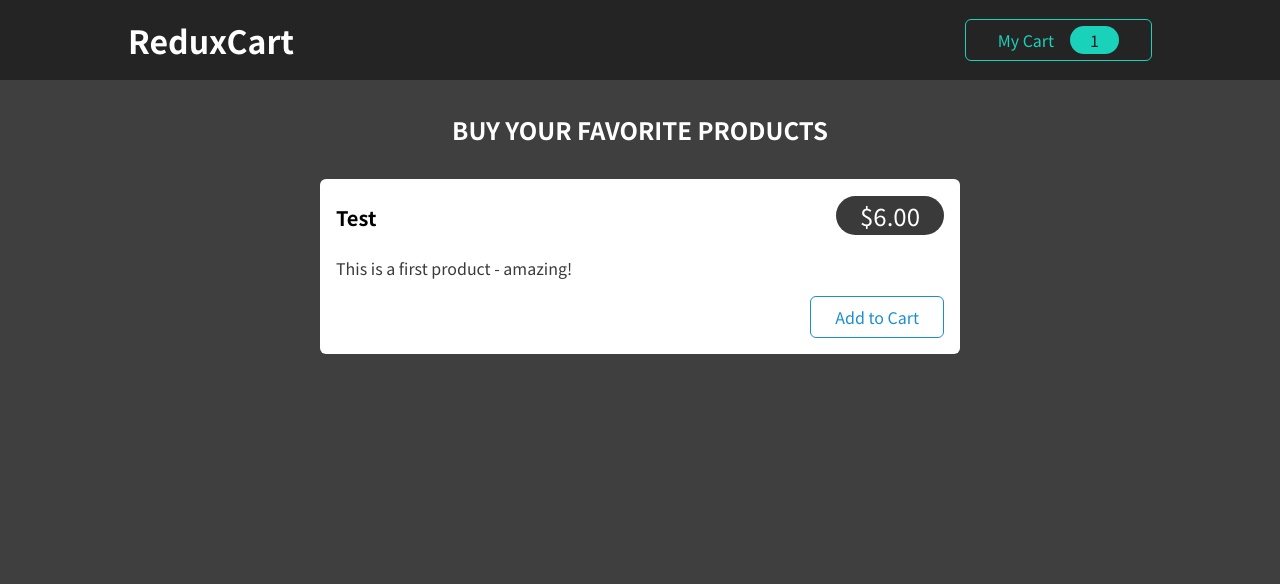
Repository: wenxi0504/13-ReactAdvancedRedux_toolkit
Page: /
These files come from the project's save history. The page is drawn as it stood at one moment and after the next save; the edit follows.
The browser window is 1280 px wide. The pictures show the whole page.
The project was rebuilt for these pictures with package versions that can differ from the ones it lists, and the page was loaded fresh each time. Also part of the build but not shown: src/components/Cart/Cart.module.css, src/components/Cart/CartItem.module.css, src/components/Cart/CartItem.js, src/components/Cart/Cart.js.

Above is the page before, as saved 2022-07-18 23:14:18.

### src/App.js
import { useSelector } from "react-redux/es/exports";
import Cart from "./components/Cart/Cart";
import Layout from "./components/Layout/Layout";
import Products from "./components/Shop/Products";

function App() {
  const showCart = useSelector((state) => state.ui.cartIsVisible);
  return (
    <Layout>
      {showCart && <Cart />}

      <Products />
    </Layout>
  );
}

export default App;

### src/store/index.js
import { configureStore } from "@reduxjs/toolkit";
import uiSlice from "./ui-slice";
import cartSlice from "./cart-slice";

const store = configureStore({
  reducer: {
    ui: uiSlice.reducer,
    cart: cartSlice.reducer,
  },
});

export default store;

### src/components/Shop/Products.js
import ProductItem from "./ProductItem";
import classes from "./Products.module.css";

const DUMMY_PRODUCTS = [
  {
    id: "p1",
    price: 6,
    title: "First Book",
    description: "My first book",
  },
  {
    id: "p2",
    price: 5,
    title: "Second Book",
    description: "My second book",
  },
];

const Products = (props) => {
  return (
    <section className={classes.products}>
      <h2>Buy your favorite products</h2>
      <ul>
        <ProductItem
          title="Test"
          price={6}
          description="This is a first product - amazing!"
        />
      </ul>
    </section>
  );
};

export default Products;

### src/store/ui-slice.js
import { createSlice } from "@reduxjs/toolkit";

const uiSlice = createSlice({
  name: "ui",
  initialState: { cartIsVisible: false },
  // map of all methods and actions
  reducers: {
    toggle(state) {
      state.cartIsVisible = !state.cartIsVisible;
    },
  },
});

export const uiActions = uiSlice.actions;
export default uiSlice;

### src/store/cart-slice.js
import { createSlice } from "@reduxjs/toolkit";
const cartSlice = createSlice({
  name: "cart",
  initialState: {
    items: [],
    totalQuality: 0,
  },
  reducers: {
    addItemToCart(state, action) {
      const newItem = action.payload;
      const existingItem = state.items.find((item) => item.id === newItem.id);
      if (!existingItem) {
        state.items.push({
          itemId: newItem.id,
          price: newItem.price,
          quality: 1,
          totalPrice: newItem.price,
          name: newItem.title,
        });
      } else {
        existingItem.quality++;
        existingItem.totalPrice = existingItem.totalPrice + newItem.price;
      }
    },
    removeItemFromCart(state, action) {
      const id = action.payload;
      const existingItem = state.items.find((item) => item.id === id);
      if (existingItem.quality === 1) {
        state.items = state.items.filter((item) => item.id !== id);
      } else {
        existingItem.quality--;
        existingItem.totalPrice = existingItem.totalPrice - existingItem.price;
      }
    },
  },
});

export const cartActions = cartSlice.actions;
export default cartSlice;

### src/components/Cart/CartButton.js
import { useDispatch } from "react-redux";
import { uiActions } from "../../store/ui-slice";
import classes from "./CartButton.module.css";

const CartButton = (props) => {
  const dispatch = useDispatch();
  const toggleCartHandler = () => {
    dispatch(uiActions.toggle());
  };
  return (
    <button className={classes.button} onClick={toggleCartHandler}>
      <span>My Cart</span>
      <span className={classes.badge}>1</span>
    </button>
  );
};

export default CartButton;

Loaded but not shown: public/index.html (common file); src/index.js (common file); src/index.css (common file); src/components/Layout/Layout.js (common file); src/components/UI/Card.js (common file); src/components/Layout/MainHeader.js (common file); src/components/Shop/ProductItem.js (common file); src/components/Shop/Products.module.css (common file); src/components/UI/Card.module.css (common file); src/components/Layout/MainHeader.module.css (common file); src/components/Shop/ProductItem.module.css (common file); src/components/Cart/CartButton.module.css (common file)

After the next save:
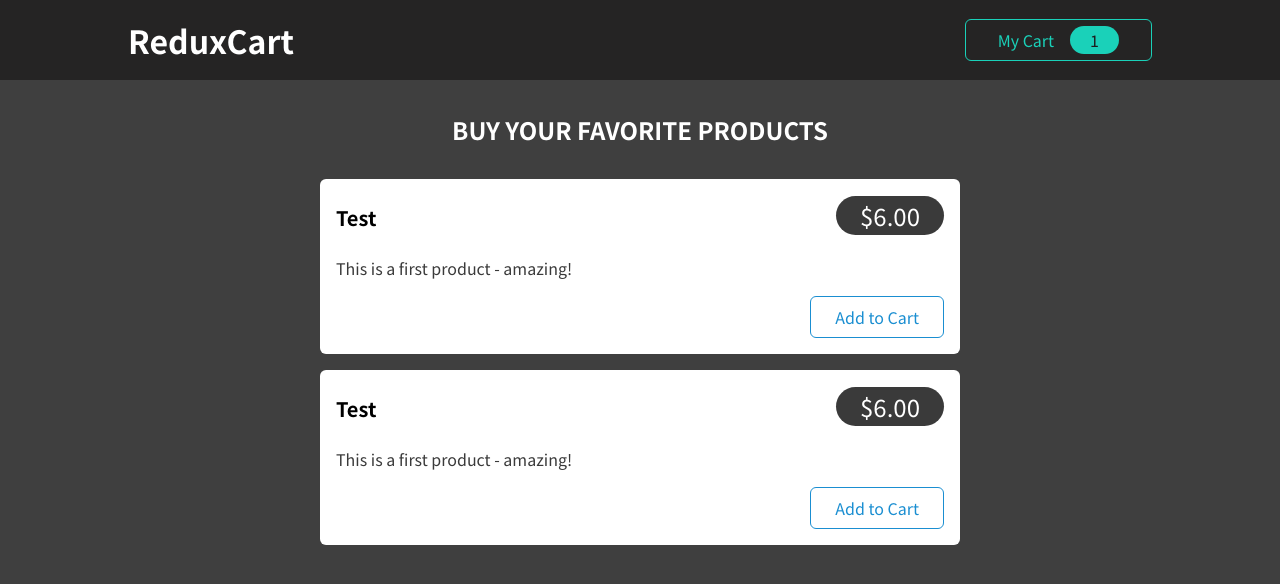
Saved 98 s later.
--- a/src/components/Shop/Products.js
+++ b/src/components/Shop/Products.js
@@ -21,11 +21,13 @@ const Products = (props) => {
     <section className={classes.products}>
       <h2>Buy your favorite products</h2>
       <ul>
-        <ProductItem
-          title="Test"
-          price={6}
-          description="This is a first product - amazing!"
-        />
+        {DUMMY_PRODUCTS.map((product) => (
+          <ProductItem
+            title="Test"
+            price={6}
+            description="This is a first product - amazing!"
+          />
+        ))}
       </ul>
     </section>
   );
